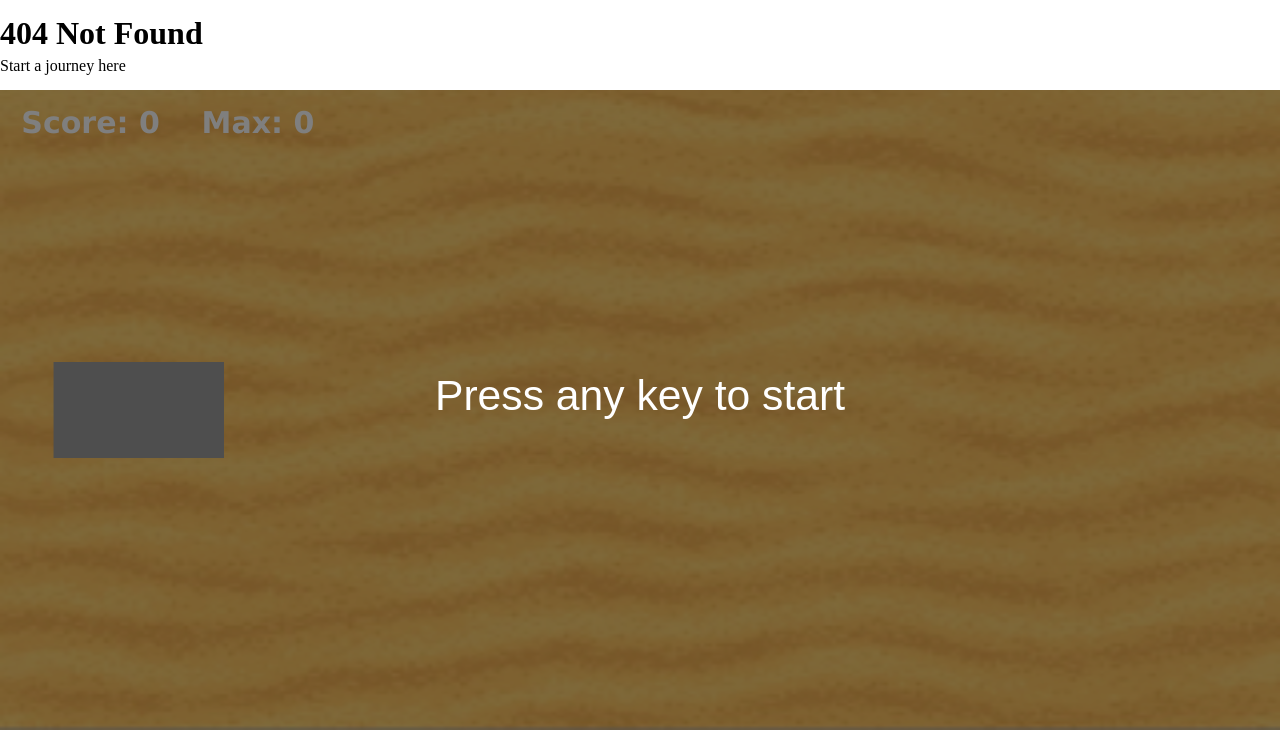
Repository: btgoo/game
Page: car.html
These files come from the project's save history. The page is drawn as it stood at one moment and after the next save; the edit follows.
The browser window is 1280 px wide. The pictures show the whole page.

Above is the page before, as saved 2025-10-26 02:33:05.

After the next save:
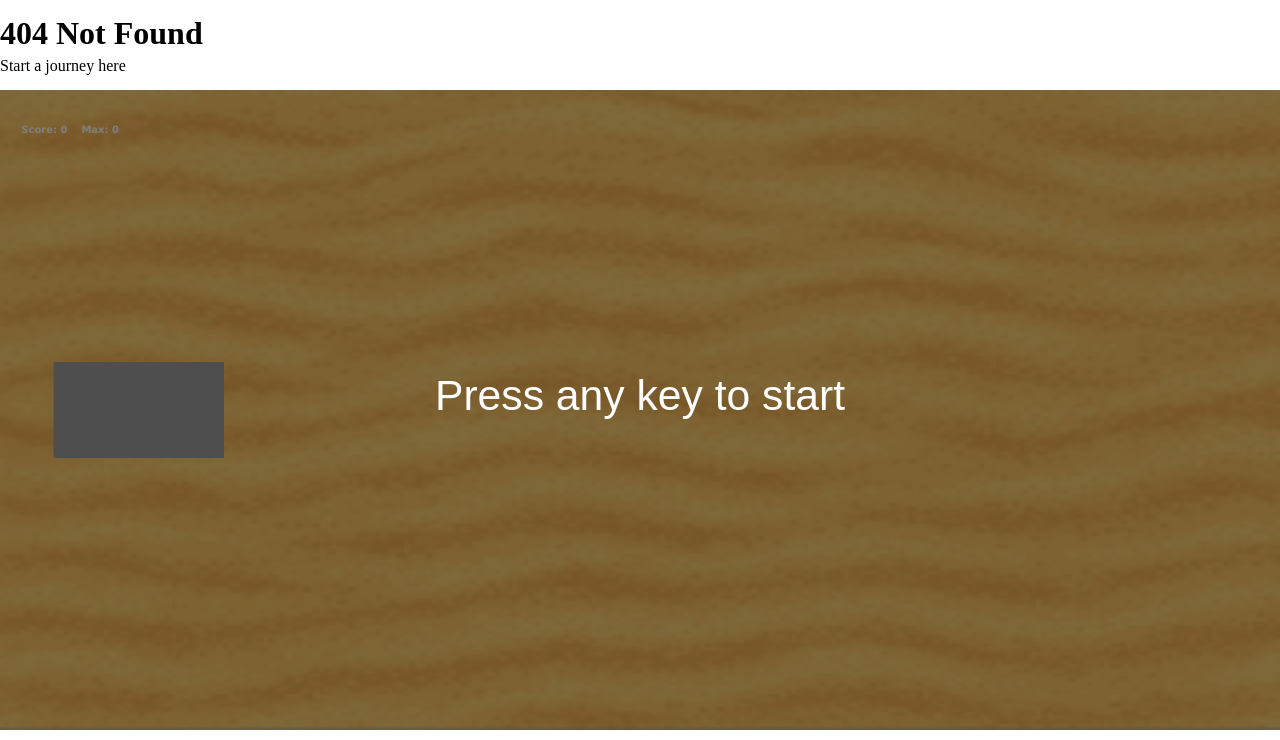
Saved 6 s later.
--- a/carscript.js
+++ b/carscript.js
@@ -127,7 +127,7 @@ function drawScene() {
     ctx.drawImage(backgroundImg, bgX + bgWidth, 0, bgWidth, bgHeight);
 
     ctx.fillStyle = "white";
-    ctx.font = `bold ${30}px Verdana`;
+    ctx.font = `bold ${10}px Verdana`;
     ctx.textAlign = "left";
     ctx.fillText(`Score: ${score}    Max: ${maxScore}`, 20 * scaleRatio, 40 * scaleRatio);
 
